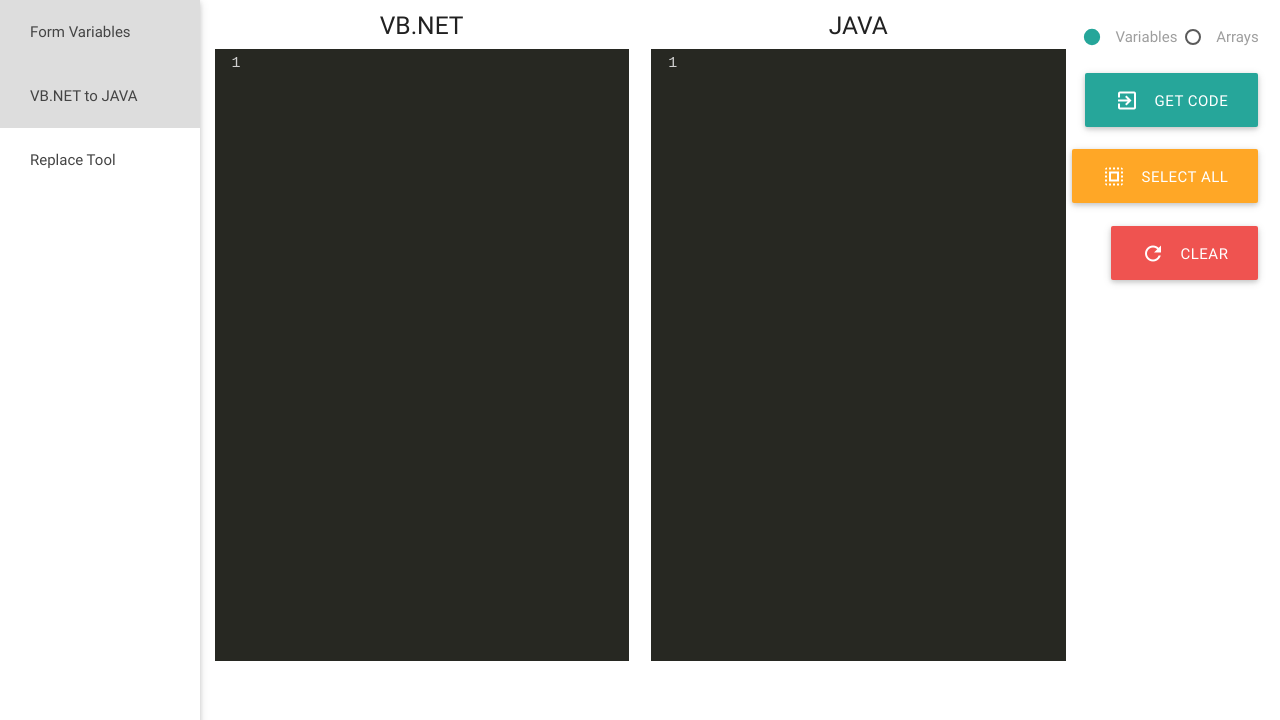
Repository: heyvin/heyvin-tools
Page: http://localhost/tools/convertparams.php
The author's editor kept a record of every edit. The page is drawn from the files as they stood at one moment, then again after the next edit.
The browser window is 1280 px wide. The pictures show the whole page.
The page is run by PHP 8.4 with error messages shown; the project is at /var/www/html/.

Above is the page before.

### tools/convertparams.php
<html>
<head>
	<title>Heyvin's Tools</title>
	<script src="/js/jquery-1.11.2.min.js"></script>
	<link rel="stylesheet" href="/css/materialize.css">
	<!-- CodeMirror Dependencies -->
	<script src="codemirror/lib/codemirror.js"></script>
	<link rel="stylesheet" href="codemirror/lib/codemirror.css">
	<link rel="stylesheet" href="codemirror/theme/monokai.css"></link>
	<script src="codemirror/mode/vb/vb.js"></script>
	<script src="codemirror/mode/clike/clike.js"></script>
	<style>
		.control-wrapper {
			position: relative;
			text-align: right;
			margin-top: 25px;
		}
	</style>
	<script type="text/javascript" src="/js/materialize.js"></script>
	<script type="text/javascript" src="/js/common.js"></script>
</head>
<body>
	<div class="container">
		<header>
			<?php include 'sidebar.php'; ?>
		</header>
		<form id="myForm" method="post">
			<div class="row">
				<div class="col s2 offset-s8 control-wrapper pinned">
					<div class="rdo-container">
						<input type="radio" id="rdoVar" name="rdoButton" checked />
						<label for="rdoVar">Variables</label>
						<input type="radio" id="rdoArr" name="rdoButton" />
						<label for="rdoArr">Arrays</label>
					</div>
					<div class="button-container">
						<br>
						<a href="#" id="btnSubmit" class="waves-effect waves-light btn-large"><i class="mdi-action-exit-to-app left"></i>GET CODE</a>
						<br><br>
						<a href="#" id="btnSelAll" class="waves-effect waves-light btn-large orange lighten-1"><i class="mdi-content-select-all left"></i>SELECT ALL</a>
						<br><br>
						<a href="#" id="btnClear" class="waves-effect waves-light btn-large red lighten-1"><i class="mdi-navigation-refresh left"></i>CLEAR</a>
					</div>
				</div>
				<div class="col s6">
					<div align="center"><h5>VB.NET</h5></div>
					<textarea id="txtVb"></textarea>
				</div>
				<div class="col s6">
					<div align="center"><h5>JAVA</h5></div>
					<textarea id="txtJava"></textarea>
				</div>
			</div>
		</form>
		<script type="text/javascript">
			$(document).ready(function(){

				// CodeMirror
				var cmVb = CodeMirror.fromTextArea(document.getElementById("txtVb"), {
					indentUnit: 4,
					lineWrapping: false,
					lineNumbers: true,
					mode: "vb",
					theme: "monokai"
				});
				cmVb.setSize("100%", "85%");
				var cmJava = CodeMirror.fromTextArea(document.getElementById("txtJava"), {
					indentUnit: 4,
					lineWrapping: false,
					lineNumbers: true,
					mode: "text/x-java",
					readOnly: true,
					theme: "monokai"
				});
				cmJava.setSize("100%", "85%");

				setActive("#convertparams");

				$('.control-wrapper .row').pushpin({ top: $('.control-wrapper').offset().top });

				$("#btnSubmit").click(function() {

					var input = cmVb.getValue();
					var lines = input.split('\n');
					var types = []; // variable type
					var variables = []; // variable name
					var flg_class = []; // whether the variable type is a new class or not

					for(var i = 0; i < lines.length; i++) {

						flg_class[i] = false;
						lines[i] = lines[i].trim();
						if(lines[i][0] == 'P') {

							// search for type declaration in VB, if equivalence's not found, consider it as a new class
							if(lines[i].search("String") != -1) {
								types.push("String");
							} else if(lines[i].search("Long") != -1) {
								types.push("int");
							} else if(lines[i].search("Integer") != -1) {
								types.push("int");
							} else if(lines[i].search("Decimal") != -1) {
								types.push("float");
							} else if(lines[i].search("Boolean") != -1) {
								types.push("boolean");
							} else {
								types.push(lines[i].substring(lines[i].lastIndexOf(" ") + 1));
								flg_class[i] = true;
							}

							// clear head and tail to get variable name only
							lines[i] = lines[i].replace("Public ", "");
							lines[i] = lines[i].slice(0, lines[i].indexOf(" "));

							if(flg_class[i] == false) {

								// if variable type is available in Java
								if(lines[i] == lines[i].toUpperCase()) {

									variables.push(lines[i].toLowerCase());

								} else {

									for(var x = 1; x < lines[i].length; x++) {
										if(lines[i].charAt(x) == lines[i].charAt(x).toUpperCase()) {
											lines[i] = lines[i].slice(0, x) + "_" + lines[i].slice(x);
											x++;
										}
									}
									variables.push(lines[i].toLowerCase());

								}

							} else {

								// if variable type is a new class
								variables.push(lines[i]);

							}

						}

					}

					// concat type + name to create declaration code in Java
					var textToPrint = "";
					for(var i = 0; i < types.length; i++) {
						textToPrint += types[i] + " " + variables[i] + ";" + "\n";
					}
					cmJava.setValue(textToPrint);

				});

				$("#btnClear").click(function() {
					cmVb.setValue("");
					cmJava.setValue("");
				});

				$("#btnSelAll").click(function() {
					cmJava.execCommand("selectAll");
					cmJava.focus();
				});

			});

		</script>
	</div>
</body>
</html>

### tools/sidebar.php
<?php

    echo("

        <ul id='left-nav' class='side-nav fixed' style='width: 200px;'>
        	<li id='formvars' class='bold'>
        		<a href='formvars.php' class='waves-effect waves-teal'>Form Variables</a>
        	</li>
        	<li id='convertparams' class='bold'>
        		<a href='convertparams.php' class='waves-effect waves-teal'>VB.NET to JAVA</a>
        	</li>
        	<li id='replacetool' class='bold'>
        		<a href='replacetool.php' class='waves-effect waves-teal'>Replace Tool</a>
        	</li>
        </ul>

    ");

?>

### tools/codemirror/theme/monokai.css
/* Based on Sublime Text's Monokai theme */

.cm-s-monokai.CodeMirror {background: #272822; color: #f8f8f2;}
.cm-s-monokai div.CodeMirror-selected {background: #49483E !important;}
.cm-s-monokai.CodeMirror ::selection { background: rgba(73, 72, 62, .99); }
.cm-s-monokai.CodeMirror ::-moz-selection { background: rgba(73, 72, 62, .99); }
.cm-s-monokai .CodeMirror-gutters {background: #272822; border-right: 0px;}
.cm-s-monokai .CodeMirror-guttermarker { color: white; }
.cm-s-monokai .CodeMirror-guttermarker-subtle { color: #d0d0d0; }
.cm-s-monokai .CodeMirror-linenumber {color: #d0d0d0;}
.cm-s-monokai .CodeMirror-cursor {border-left: 1px solid #f8f8f0 !important;}

.cm-s-monokai span.cm-comment {color: #75715e;}
.cm-s-monokai span.cm-atom {color: #ae81ff;}
.cm-s-monokai span.cm-number {color: #ae81ff;}

.cm-s-monokai span.cm-property, .cm-s-monokai span.cm-attribute {color: #a6e22e;}
.cm-s-monokai span.cm-keyword {color: #f92672;}
.cm-s-monokai span.cm-string {color: #e6db74;}

.cm-s-monokai span.cm-variable {color: #f8f8f2;}
.cm-s-monokai span.cm-variable-2 {color: #9effff;}
.cm-s-monokai span.cm-variable-3 {color: #66d9ef;}
.cm-s-monokai span.cm-def {color: #fd971f;}
.cm-s-monokai span.cm-bracket {color: #f8f8f2;}
.cm-s-monokai span.cm-tag {color: #f92672;}
.cm-s-monokai span.cm-header {color: #ae81ff;}
.cm-s-monokai span.cm-link {color: #ae81ff;}
.cm-s-monokai span.cm-error {background: #f92672; color: #f8f8f0;}

.cm-s-monokai .CodeMirror-activeline-background {background: #373831 !important;}
.cm-s-monokai .CodeMirror-matchingbracket {
  text-decoration: underline;
  color: white !important;
}

### tools/codemirror/mode/vb/vb.js
// CodeMirror, copyright (c) by Marijn Haverbeke and others
// Distributed under an MIT license: http://codemirror.net/LICENSE

(function(mod) {
  if (typeof exports == "object" && typeof module == "object") // CommonJS
    mod(require("../../lib/codemirror"));
  else if (typeof define == "function" && define.amd) // AMD
    define(["../../lib/codemirror"], mod);
  else // Plain browser env
    mod(CodeMirror);
})(function(CodeMirror) {
"use strict";

CodeMirror.defineMode("vb", function(conf, parserConf) {
    var ERRORCLASS = 'error';

    function wordRegexp(words) {
        return new RegExp("^((" + words.join(")|(") + "))\\b", "i");
    }

    var singleOperators = new RegExp("^[\\+\\-\\*/%&\\\\|\\^~<>!]");
    var singleDelimiters = new RegExp('^[\\(\\)\\[\\]\\{\\}@,:`=;\\.]');
    var doubleOperators = new RegExp("^((==)|(<>)|(<=)|(>=)|(<>)|(<<)|(>>)|(//)|(\\*\\*))");
    var doubleDelimiters = new RegExp("^((\\+=)|(\\-=)|(\\*=)|(%=)|(/=)|(&=)|(\\|=)|(\\^=))");
    var tripleDelimiters = new RegExp("^((//=)|(>>=)|(<<=)|(\\*\\*=))");
    var identifiers = new RegExp("^[_A-Za-z][_A-Za-z0-9]*");

    var openingKeywords = ['class','module', 'sub','enum','select','while','if','function',  'get','set','property', 'try'];
    var middleKeywords = ['else','elseif','case', 'catch'];
    var endKeywords = ['next','loop'];

    var operatorKeywords = ['and', 'or', 'not', 'xor', 'in'];
    var wordOperators = wordRegexp(operatorKeywords);
    var commonKeywords = ['as', 'dim', 'break',  'continue','optional', 'then',  'until',
                          'goto', 'byval','byref','new','handles','property', 'return',
                          'const','private', 'protected', 'friend', 'public', 'shared', 'static', 'true','false'];
    var commontypes = ['integer','string','double','decimal','boolean','short','char', 'float','single'];

    var keywords = wordRegexp(commonKeywords);
    var types = wordRegexp(commontypes);
    var stringPrefixes = '"';

    var opening = wordRegexp(openingKeywords);
    var middle = wordRegexp(middleKeywords);
    var closing = wordRegexp(endKeywords);
    var doubleClosing = wordRegexp(['end']);
    var doOpening = wordRegexp(['do']);

    var indentInfo = null;

    CodeMirror.registerHelper("hintWords", "vb", openingKeywords.concat(middleKeywords).concat(endKeywords)
                                .concat(operatorKeywords).concat(commonKeywords).concat(commontypes));

    function indent(_stream, state) {
      state.currentIndent++;
    }

    function dedent(_stream, state) {
      state.currentIndent--;
    }
    // tokenizers
    function tokenBase(stream, state) {
        if (stream.eatSpace()) {
            return null;
        }

        var ch = stream.peek();

        // Handle Comments
        if (ch === "'") {
            stream.skipToEnd();
            return 'comment';
        }


        // Handle Number Literals
        if (stream.match(/^((&H)|(&O))?[0-9\.a-f]/i, false)) {
            var floatLiteral = false;
            // Floats
            if (stream.match(/^\d*\.\d+F?/i)) { floatLiteral = true; }
            else if (stream.match(/^\d+\.\d*F?/)) { floatLiteral = true; }
            else if (stream.match(/^\.\d+F?/)) { floatLiteral = true; }

            if (floatLiteral) {
                // Float literals may be "imaginary"
                stream.eat(/J/i);
                return 'number';
            }
            // Integers
            var intLiteral = false;
            // Hex
            if (stream.match(/^&H[0-9a-f]+/i)) { intLiteral = true; }
            // Octal
            else if (stream.match(/^&O[0-7]+/i)) { intLiteral = true; }
            // Decimal
            else if (stream.match(/^[1-9]\d*F?/)) {
                // Decimal literals may be "imaginary"
                stream.eat(/J/i);
                // TODO - Can you have imaginary longs?
                intLiteral = true;
            }
            // Zero by itself with no other piece of number.
            else if (stream.match(/^0(?![\dx])/i)) { intLiteral = true; }
            if (intLiteral) {
                // Integer literals may be "long"
                stream.eat(/L/i);
                return 'number';
            }
        }

        // Handle Strings
        if (stream.match(stringPrefixes)) {
            state.tokenize = tokenStringFactory(stream.current());
            return state.tokenize(stream, state);
        }

        // Handle operators and Delimiters
        if (stream.match(tripleDelimiters) || stream.match(doubleDelimiters)) {
            return null;
        }
        if (stream.match(doubleOperators)
            || stream.match(singleOperators)
            || stream.match(wordOperators)) {
            return 'operator';
        }
        if (stream.match(singleDelimiters)) {
            return null;
        }
        if (stream.match(doOpening)) {
            indent(stream,state);
            state.doInCurrentLine = true;
            return 'keyword';
        }
        if (stream.match(opening)) {
            if (! state.doInCurrentLine)
              indent(stream,state);
            else
              state.doInCurrentLine = false;
            return 'keyword';
        }
        if (stream.match(middle)) {
            return 'keyword';
        }

        if (stream.match(doubleClosing)) {
            dedent(stream,state);
            dedent(stream,state);
            return 'keyword';
        }
        if (stream.match(closing)) {
            dedent(stream,state);
            return 'keyword';
        }

        if (stream.match(types)) {
            return 'keyword';
        }

        if (stream.match(keywords)) {
            return 'keyword';
        }

        if (stream.match(identifiers)) {
            return 'variable';
        }

        // Handle non-detected items
        stream.next();
        return ERRORCLASS;
    }

    function tokenStringFactory(delimiter) {
        var singleline = delimiter.length == 1;
        var OUTCLASS = 'string';

        return function(stream, state) {
            while (!stream.eol()) {
                stream.eatWhile(/[^'"]/);
                if (stream.match(delimiter)) {
                    state.tokenize = tokenBase;
                    return OUTCLASS;
                } else {
                    stream.eat(/['"]/);
                }
            }
            if (singleline) {
                if (parserConf.singleLineStringErrors) {
                    return ERRORCLASS;
                } else {
                    state.tokenize = tokenBase;
                }
            }
            return OUTCLASS;
        };
    }


    function tokenLexer(stream, state) {
        var style = state.tokenize(stream, state);
        var current = stream.current();

        // Handle '.' connected identifiers
        if (current === '.') {
            style = state.tokenize(stream, state);
            current = stream.current();
            if (style === 'variable') {
                return 'variable';
            } else {
                return ERRORCLASS;
            }
        }


        var delimiter_index = '[({'.indexOf(current);
        if (delimiter_index !== -1) {
            indent(stream, state );
        }
        if (indentInfo === 'dedent') {
            if (dedent(stream, state)) {
                return ERRORCLASS;
            }
        }
        delimiter_index = '])}'.indexOf(current);
        if (delimiter_index !== -1) {
            if (dedent(stream, state)) {
                return ERRORCLASS;
            }
        }

        return style;
    }

    var external = {
        electricChars:"dDpPtTfFeE ",
        startState: function() {
            return {
              tokenize: tokenBase,
              lastToken: null,
              currentIndent: 0,
              nextLineIndent: 0,
              doInCurrentLine: false


          };
        },

        token: function(stream, state) {
            if (stream.sol()) {
              state.currentIndent += state.nextLineIndent;
              state.nextLineIndent = 0;
              state.doInCurrentLine = 0;
            }
            var style = tokenLexer(stream, state);

            state.lastToken = {style:style, content: stream.current()};



            return style;
        },

        indent: function(state, textAfter) {
            var trueText = textAfter.replace(/^\s+|\s+$/g, '') ;
            if (trueText.match(closing) || trueText.match(doubleClosing) || trueText.match(middle)) return conf.indentUnit*(state.currentIndent-1);
            if(state.currentIndent < 0) return 0;
            return state.currentIndent * conf.indentUnit;
        }

    };
    return external;
});

CodeMirror.defineMIME("text/x-vb", "vb");

});

### js/common.js
function setActive(id) {

	$(id).addClass("active");

}

Loaded but not shown: js/jquery-1.11.2.min.js (library); css/materialize.css (library); tools/codemirror/lib/codemirror.js (library); tools/codemirror/lib/codemirror.css (library); js/materialize.js (library); tools/codemirror/mode/clike/clike.js (556 lines, source omitted)

After the next edit:
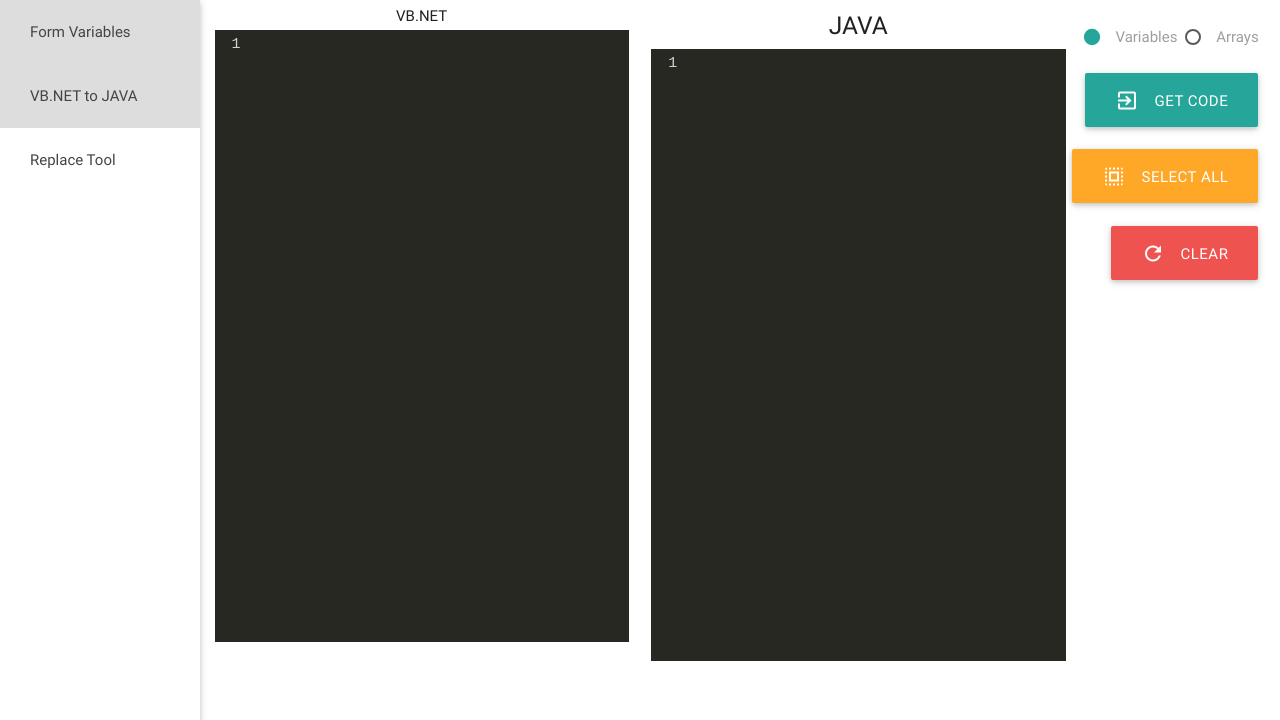
The edit:
--- a/tools/convertparams.php
+++ b/tools/convertparams.php
@@ -43,7 +43,7 @@
 					</div>
 				</div>
 				<div class="col s6">
-					<div align="center"><h5>VB.NET</h5></div>
+					<div align="center"><h6>VB.NET</h6></div>
 					<textarea id="txtVb"></textarea>
 				</div>
 				<div class="col s6">
